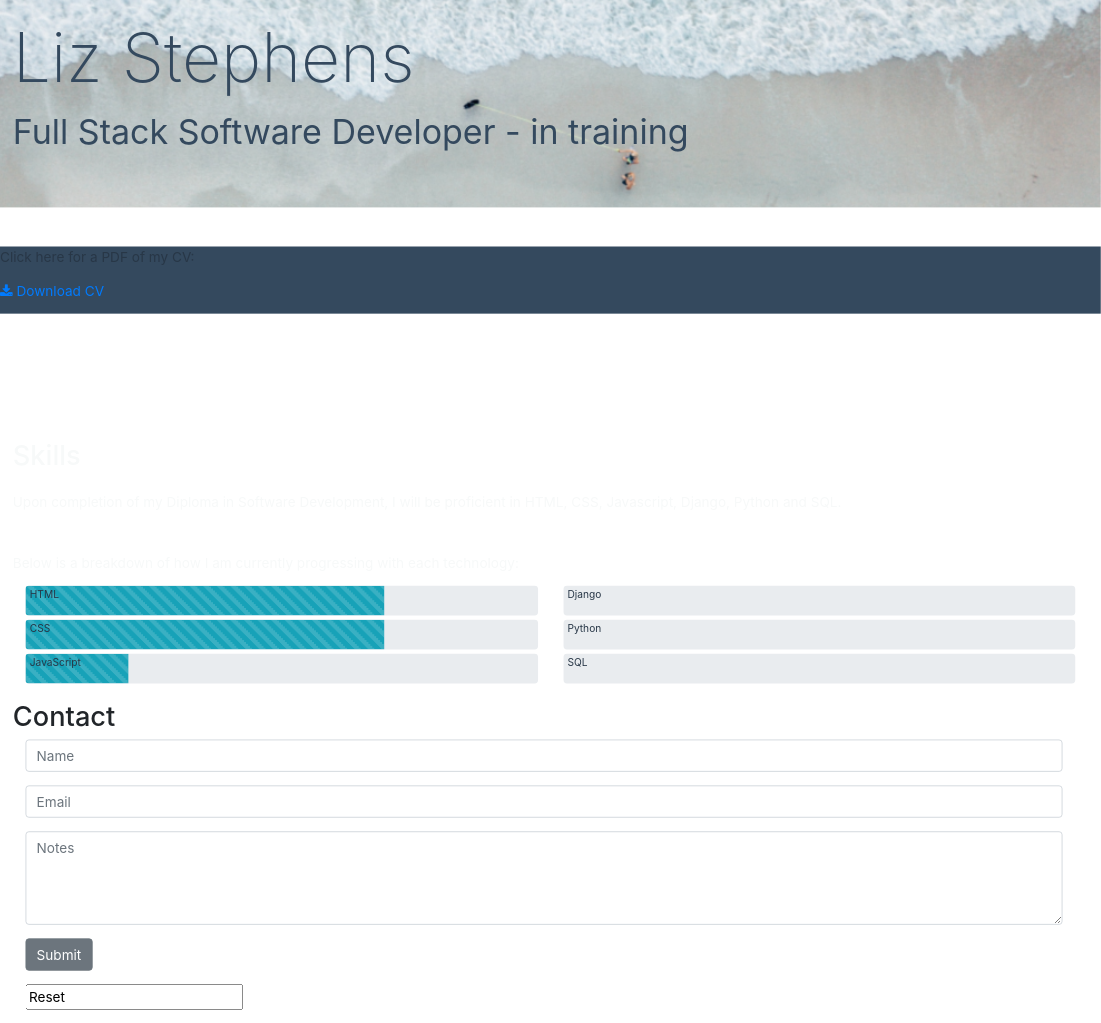
Repository: Liz94688/portfolio-site
Page: index.html
The author's editor kept a record of every edit. The page is drawn from the files as they stood at one moment, then again after the next edit.
The browser window is 1280 px wide. The page is 1295 px wide, so the pictures cover 1295 px, including what lies to the right of the window. The pictures show the whole page, at 85% of full size.

Above is the page before.

After the next edit:
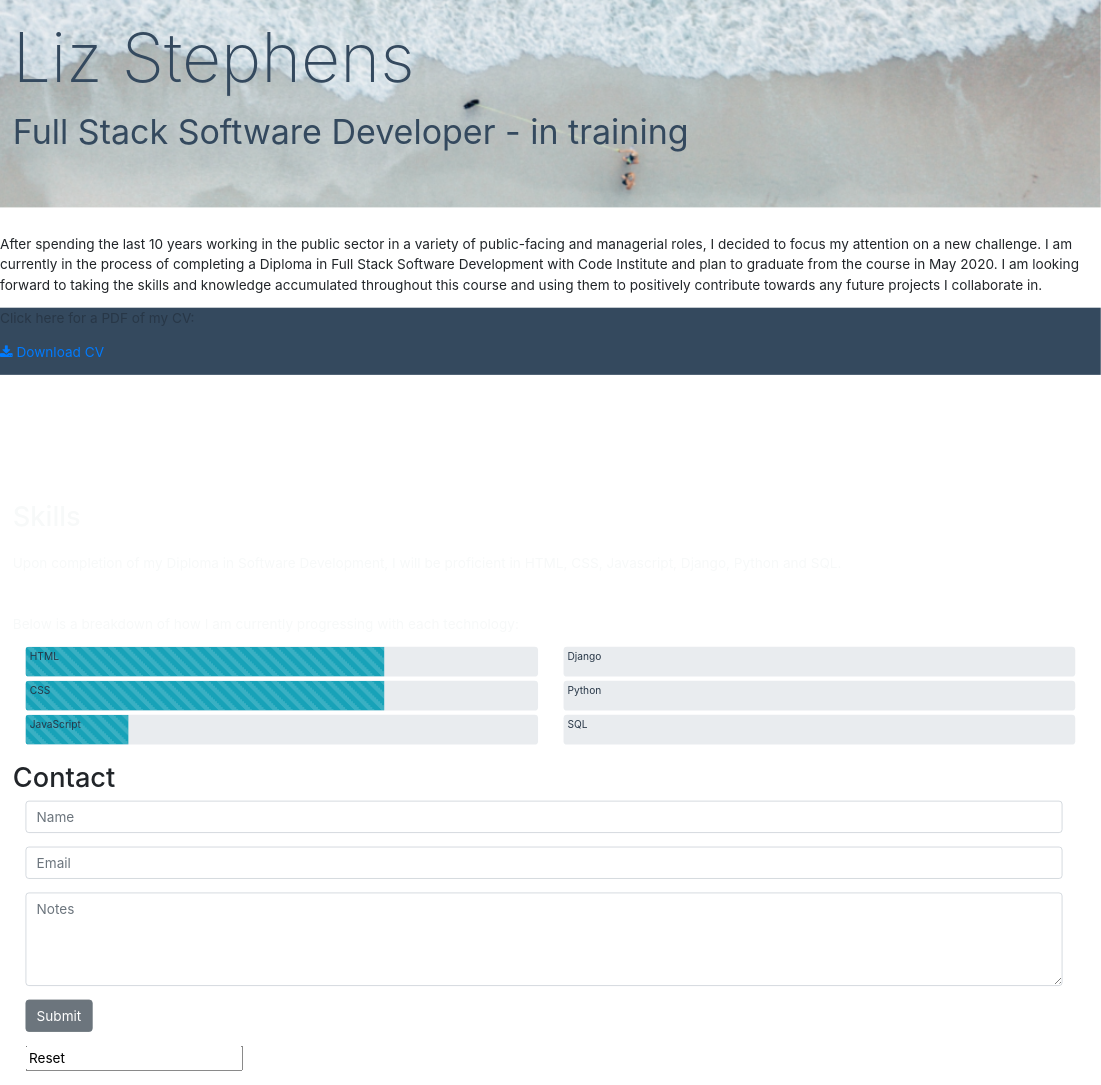
The edit:
--- a/index.html
+++ b/index.html
@@ -38,6 +38,17 @@
         </div>
     </header>
     <section>
+
+
+
+
+
+After spending the last 10 years working in the public sector in a variety of public-facing and managerial roles, I decided to focus my attention on a new challenge.
+
+I am currently in the process of completing a Diploma in Full Stack Software Development with Code Institute and plan to graduate from the course in May 2020. I am looking forward to taking the skills and knowledge accumulated throughout this course and
+                    using them to positively contribute towards any future projects I collaborate in.
+
+
 
     </section>
     <footer>
